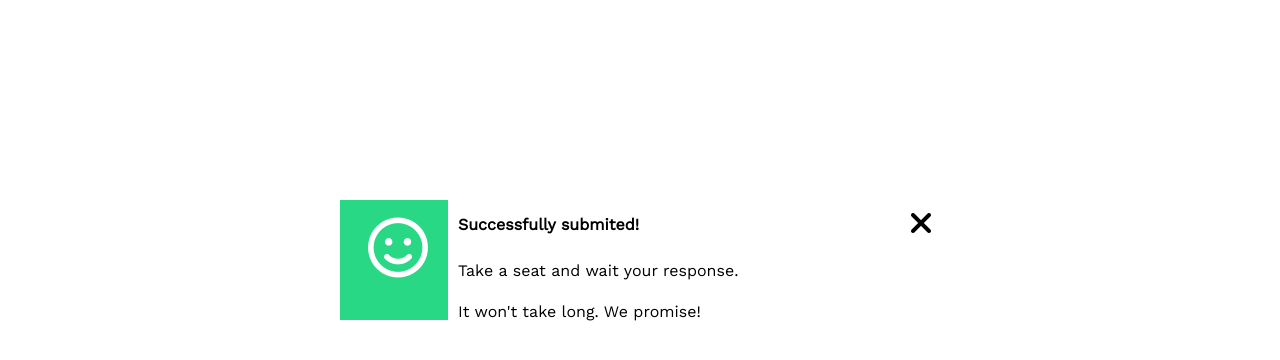
Repository: Zakraouihadil1/stage-perfectionnement-
Page: http://localhost/success.php
The author's editor kept a copy of each file at every save. The page is drawn from the files as they stood at one save, then again after the next save.
The browser window is 1280 px wide. The pictures show the whole page.
Some web fonts or font styles are not loaded; a fallback is used. Some web libraries are served in a nearby version. The page is run by PHP 8.4 with error messages shown; the project is at /var/www/html/.

Above is the page before, as saved 2021-09-27 22:51:30.

### success.php

<html>
    <head>
        <title></title>
        <script src="https://use.fontawesome.com/80976cfcfc.js"></script>
        <link     rel="stylesheet" href="https://cdnjs.cloudflare.com/ajax/libs/animate.css/4.1.1/animate.min.css">


        <style>


@import url('https://fonts.googleapis.com/css?family=Eczar|Work+Sans');
section{
  min-height:100px;
  max-width:600px;
  background-color:#fff;
  margin:40px auto;

  animation: animate__backInDown; /* referring directly to the animation's @keyframe declaration */
  animation-duration: 2s; /* don't forget to set a duration! */

  position:relative;}
  .fa-times{
    position:absolute;
    right:7px;
    top:7px;
    font-size:2em;
    cursor:pointer;
  }
  .icon{
    padding:18px;
    margin-right:10px;
    float:left;
    height:12%;
    width:12%;

  }
  h1,p{
    font-family:'Work Sans';
  }
  h1{
    font-size:1em;
    font-weight:bolder;
    padding-top:15px;
    padding-bottom:5px;
  }
  p{
      padding-top:20px;
    font-size:1em;
    padding-top:6px;
  }

#success .icon{
    background-color:#29D885;
  }


            </style>


    </head>
    <body>

            <section id="success" style="margin-top:200px;" class="animate__backInDown">
            <div class="icon">
              <i class="fa fa-smile-o" aria-hidden="true" style="font-size:60px; color:fff; padding-left:10px; "></i>
            </div>
            <h1 class="animate__backInDown">Successfully submited!</h1>
            <p>Take a seat and wait your response.</p>
            <p>It won't take long. We promise!</p>
            <a href="../S2T/espace admin/login.php" style="color:black;"> <i class="fa fa-times succ" aria-hidden="true" ></i></a>
      </section>


</body>

</html>

After the next save:
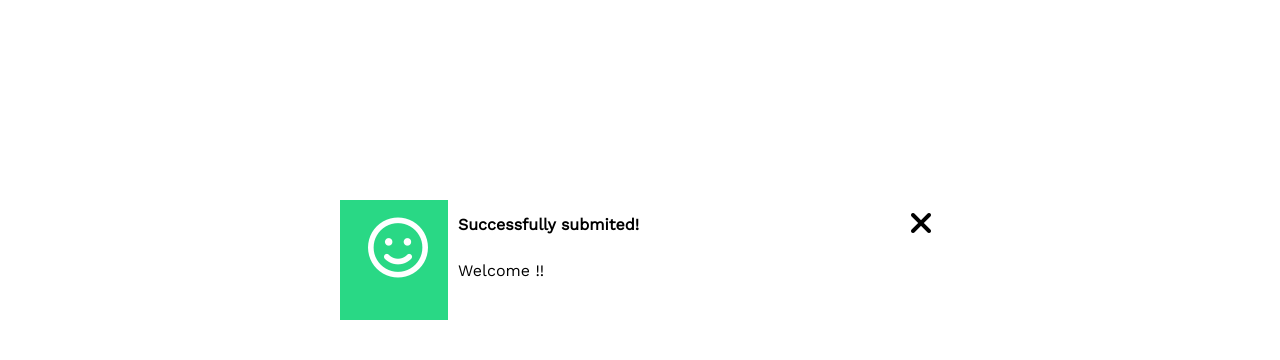
Saved 10 min 17 s later.
--- a/success.php
+++ b/success.php
@@ -66,8 +66,7 @@ section{
               <i class="fa fa-smile-o" aria-hidden="true" style="font-size:60px; color:fff; padding-left:10px; "></i>
             </div>
             <h1 class="animate__backInDown">Successfully submited!</h1>
-            <p>Take a seat and wait your response.</p>
-            <p>It won't take long. We promise!</p>
+            <p>Welcome !!</p>
             <a href="../S2T/espace admin/login.php" style="color:black;"> <i class="fa fa-times succ" aria-hidden="true" ></i></a>
       </section>
 
